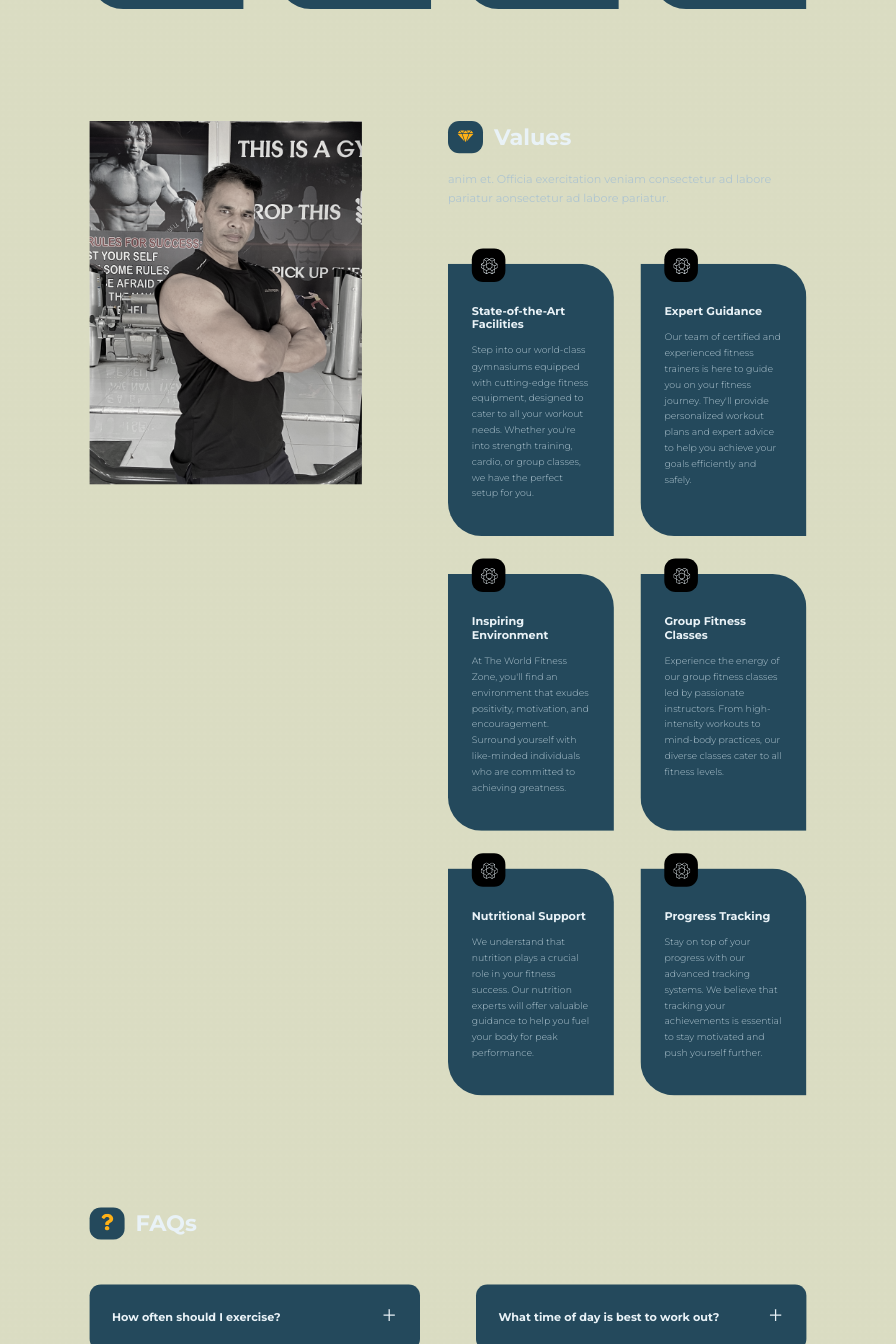
Repository: aryaMode/gym-portfolio
Page: /
The author's editor kept a copy of each file at every save. The page is drawn from the files as they stood at one save, then again after the next save.
The browser window is 1280 px wide. The pictures show the part of the page from y = 1497 to 3417 px (the page is 4873 px tall before and 4900 px after), at 70% of full size.
The project was rebuilt for these pictures with package versions that can differ from the ones it lists, and the page was loaded fresh each time. Also part of the build but not shown: src/pages/about/about.css, src/components/Header.jsx, src/pages/about/About.jsx, src/pages/contact/contact.css, src/pages/contact/Contact.jsx, src/pages/gallery/gallery.css, src/pages/gallery/Gallery.jsx, src/pages/notFound/notFound.css and 6 more.

Above is the page before, as saved 2023-07-20 17:46:25.

### public/index.html
<!DOCTYPE html>
<html lang="en">

<head>
    <meta charset="UTF-8">
    <meta http-equiv="X-UA-Compatible" content="IE=edge">
    <meta name="viewport" content="width=device-width, initial-scale=1.0">
    <title>Portfolio Website</title>
    <!-- GOOGLE FONTS (montserrat) -->
    <link href="https://fonts.googleapis.com/css2?family=Montserrat:wght@300;400;500;600;700&display=swap"
        rel="stylesheet">
</head>

<body>
    <div id="root"></div>
</body>

</html>

### src/App.jsx
// rafce -> shortcut to create component and export
import { BrowserRouter, Routes, Route } from "react-router-dom";
import React from "react";
import Home from "./pages/home/Home";
import About from "./pages/about/About";
import Contact from "./pages/contact/Contact";
import Gallery from "./pages/gallery/Gallery";
import NotFound from "./pages/notFound/NotFound";
import Plans from "./pages/plans/Plans";
import Trainers from "./pages/trainers/Trainers";
import Navbar from "./components/Navbar";
import Footer from "./components/Footer";

const App = () => {
	return (
		<BrowserRouter>
			<Navbar />
			<Routes>
				<Route index element={<Home />} />
				<Route path="about" element={<About />} />
				<Route path="contact" element={<Contact />} />
				<Route path="gallery" element={<Gallery />} />
				<Route path="plans" element={<Plans />} />
				<Route path="trainers" element={<Trainers />} />
				<Route path="*" element={<NotFound />} />
			</Routes>
			<Footer />
		</BrowserRouter>
	);
};

export default App;

### src/index.css
 *, *::before, *::after{
    margin: 0;
    padding: 0;
    border: 0;
    outline: 0;
    list-style: none;
    text-decoration: none;
    box-sizing: border-box;
 }

 /* CSS Global variable starts with :root {...} check w3school docs for more  info */
 :root{
    --primary-hue: 210;
    --gray-hue: 200;
    /* hsl (hue, saturation, lightness) */
    --color-primary: black;
    --color-primary-variant: hsl(var(--primary-hue), 100%, 65%);
    --color-secondary: #ffb116;
    --color-gray-100: hsl(var(--gray-hue), 47%, 94%); /*almost white colour lightness is almost 100%*/
    --color-gray-200: hsl(var(--gray-hue), 26%, 75%);
    --color-gray-300: hsl(var(--gray-hue), 24%, 64%);
    --color-gray-400: hsl(var(--gray-hue), 16%, 41%);
    --color-gray-500: hsl(var(--gray-hue), 44%, 25%);
    --color-gray-600: hsl(var(--gray-hue), 48%, 15%);

    --container-width-lg: 80%;
    --container-width-md: 90%;

    --transition: all 500ms ease; /* make sure all transition have a constant effect*/
 }

  /******************** GENERAL STYLES ********************/
  body{
    font-family: "Montserrat", sans-serif;
    color: var(--color-gray-200);
    line-height: 1.7;
    overflow-x: hidden;
    background: rgb(218, 220, 194) url(./images/bg_texture.png);
  }

  .container{
    width: var(--container-width-lg);
    max-width: 1920px;
    margin-inline: auto;
  }

  h1, h2, h3, h4, h5 {
    line-height: 1.2;
    color: var(--color-gray-100);
  }

  h1 {
    font-size: 3rem;
  }

  h2 {
    font-size: 2rem ;
  }

  a {
    color: var(--color-gray-100);
  }

  img{
    display: block;
    object-fit: cover;
    width: 100%;
}

.btn {
    color: var(--color-gray-100);
    width: fit-content;
    margin: 0 auto;
    padding: 0.9rem 2rem;
    background: var(--color-primary);
    border-radius: 1.5rem;
    transition: var(--transition);
}

.btn:hover {
    background: var(--color-secondary);
    color: var(--color-gray-600);
}

.btn.lg {
    padding: 1.2rem 3rem;
    border-radius: 2rem;
    font-size: 1.1rem;
}

.btn.sm {
    padding: 0.4rem 1.2rem;
    font-size: 0.9rem;
}

.btn.sm:hover {
    background: var(--color-gray-100);
}

/******************** SECTION REUSABLE STYLES ********************/
section {
    margin-top: 10rem;
}

.section__head {
    display: flex;
    align-items: center;
    gap: 1rem;
}

.section__head span {
    background: var(--color-gray-500);
    padding: 0.3rem 0.8rem 0;
    border-radius: 1rem;
    color: var(--color-secondary);
    font-size: 1.5rem;
}

.card {
    background: var(--color-gray-500);
    border: 2px solid transparent;
    text-align: center;
    padding: 3rem 2rem;
    border-radius: 0 3rem 0 3rem;
    transition: var(--transition);
}

.card:hover {
    background: transparent;
    border-color: var(--color-gray-400);
    cursor: default;
}

.card span {
    width: 3rem;
    height: 3rem;
    background: var(--color-primary);
    color: var(--color-gray-100);
    font-size: 1.5rem;
    padding: 0.8rem;
    display: grid;
    place-items: center;
    margin-bottom: 1.5rem;
    margin-inline: auto;
    border-radius: 1rem;
    transition: var(--transition);
}

.card:hover span {
    background: var(--color-secondary);
    color: var(--color-gray-500)
}

.card small {
    margin-top: 1rem;
    display: block;
    font-weight: 300;
}

.header {
    margin-top: 5rem;
    height: 20rem;
    overflow: hidden;
    border-bottom: 2px solid var(--color-gray-400);
}

.header__container {
    width: 100%;
    height: 100%;
    position: relative;
    display: grid;
    place-items: center;
    background: #0000;
}

.header__container-lg {
    position: absolute;
    width: 100%;
}

.header__container-lg img {
    opacity: 0.5;
}

.header__content {
    position: relative;
    width: 44%;
    margin: 0 auto;
    text-align: center;
    color: var(--color-gray-100);
}

.header__content h2 {
    margin-bottom: 1rem;
}

.header__content p {
    color: rgba(255, 255, 255, 0.7, green, blue, alpha);
}






/******************** MEADIA QUERIES (medium screens) ********************/
@media screen and (max-width: 1024px) {
    .container {
        width: var(--container-width-md);
    }

    h1 {
        font-size: 2rem;
    }

    h2 {
        font-size: 1.6rem;
    }

    .header__content {
        width: 76%;
    }
}

/******************** MEADIA QUERIES (small screens) ********************/
@media screen and (max-width: 600px) {
    h1 {
        font-size: 2.2rem;
        line-height: 1.3;
    }

    section {
        margin-top: 7rem;
    }

    .header {
        height: fit-content;
    }

    .header__content {
        width: var(--container-width-md);
        padding: 3rem 0;
    }

    .header__content p {
        font-size: 0.85rem;
    }
}

### src/pages/home/Home.jsx
import React from "react";
import "./home.css";
import MainHeader from "../../components/MainHeader";
import Program from "../../components/Program";
import Values from "../../components/Values";
import FAQs from "../../components/FAQs";
import Testimonial from "../../components/Testimonial";
// import Footer from "../../components/Footer";

const Home = () => {
	return (
		<>
			<MainHeader />
			<Program />
			<Values />
			<FAQs />
			<Testimonial />
			{/* <Footer /> comment this out so footer wount be double */}
		</>
	);
};

export default Home;

### src/components/Navbar.jsx
import { useState } from "react";
import {logoName} from "../data";
import { Link, NavLink } from "react-router-dom";
// NavLink comes with an isactive prop which we can use to detect which page we on
// so we can have a special style for that link
import React from "react";
import Logo from "../images/logo.png";
import { links } from "../data";
import { GoThreeBars } from "react-icons/go";
import { MdOutlineClose } from "react-icons/md";
import "./navbar.css";

const Navbar = () => {
	const [isNavShowing, setIsNavShowing] = useState(false);

	const handleNavToggle = () => {
		return setIsNavShowing((prevVAlue) => {
			return !prevVAlue;
		});
	};

	return (
		<nav>
			<div className="container nav__container">
				<Link to="/" className="logo" onClick={handleNavToggle}>
					{/* <img src={Logo} alt="Nav-logo" /> */}
					<div>{logoName}</div>
				</Link>
				<ul
					className={`nav__links ${isNavShowing ? "show__nav" : "hide__nav"}`}
				>
					{/* Destructure the links array of object from the links to get each item */}
					{links.map(({ name, path }, index) => {
						return (
							<li key={index}>
								<NavLink
									to={path}
									className={({ isActive }) => (isActive ? "active-nav" : "")}
									onClick={handleNavToggle}
								>
									{name}
								</NavLink>
							</li>
						);
					})}
				</ul>
				<button onClick={handleNavToggle} className="nav__toggle-btn">
					{isNavShowing ? <MdOutlineClose /> : <GoThreeBars />}
				</button>
			</div>
		</nav>
	);
};

export default Navbar;

// export PATH=$PATH:/home/daveworld/bin

### src/components/Footer.jsx
import React from "react";
import { Link } from "react-router-dom";
import {logoName} from "../data";
import Logo from "../images/logo.png";
import { FaYoutube } from "react-icons/fa";
import { FaFacebookF } from "react-icons/fa";
import { AiOutlineTwitter } from "react-icons/ai";
import { AiFillInstagram } from "react-icons/ai";

const Footer = () => {
	return (
		<footer>
			<div className="container footer__container">
				<article>
					<Link to="/" className="logo">
						{/* <img src={Logo} alt="Footer Logo" /> */}
					{logoName}
					</Link>
					<p>
						Consectetur non nostrud enim nostrud est culpa ullamco incididunt
						nisi. Consectetur non nostrud enim nostrud est culpa ullamco
						incididunt nisi.
					</p>
					<div className="footer__socials">
						<a
							href="https://youtube.com/@Thesandeep325"
							target="_blank"
							rel="noreferrer noopener"
						>
							<FaYoutube />
						</a>
						<a
							href="https://www.facebook.com/profile.php?id=100000823973714&mibextid=LQQJ4d"
							target="_blank"
							rel="noreferrer noopener"
						>
							<FaFacebookF />
						</a>

						<a
							href="https://instagram.com/the_world_fitness_zone_?igshid=MzRlODBiNWFlZA=="
							target="_blank"
							rel="noreferrer noopener"
						>
							<AiFillInstagram />
						</a>
					</div>
				</article>
				<article>
					<h4>Permalinks</h4>
					<Link to="/about">About</Link>
					<Link to="/plans">Plans</Link>
					<Link to="/trainers">Trainers</Link>
					<Link to="/gallery">Gallery</Link>
					<Link to="/contact">Contact</Link>
				</article>
				<article>
					<h4>Insights</h4>
					<Link to="/s">Blog</Link>
					<Link to="/s">Case Studies</Link>
					<Link to="/s">Events</Link>
					<Link to="/s">Communities</Link>
					<Link to="/constact">FAQs</Link>
				</article>
				<article>
					<h4>Get In Touch</h4>
					<Link to="/contact">Plans</Link>
					<Link to="/s">Trainers</Link>
				</article>
			</div>
			<br />
			<br />
			<br />
			<br />
		</footer>
	);
};

export default Footer;

### src/components/MainHeader.jsx
import React from "react";
import { Link } from "react-router-dom";
import Image from "../images/main_header.png";

const MainHeader = () => {
	return (
		<header className="main__header">
			<div className="container main__header-container">
				<div className="main__header-left">
					<h4>Welcome to The World Fitness Zone, Karnal!</h4>
					<h1>Unleash Your Potential with The World Fitness Zone

</h1>
					<p>
					Are you ready to take your fitness journey to the next level? Look no further than The World Fitness Zone - Karnal's premier fitness destination. We are not just a gym; we are a community of fitness enthusiasts who believe in the power of transformation and the pursuit of a healthier, fitter lifestyle.
					</p>
					<Link to="/contact" className="btn lg">
						Get Started
					</Link>
				</div>
				<div className="main__header-right">
					<div className="main__header-circle"></div>
					<div className="main__header-image">
						<img src={Image} alt="MainHeaderImage" />
					</div>
				</div>
			</div>
		</header>
	);
};

export default MainHeader;

### src/components/Program.jsx
import React from "react";
import { FaCrown } from "react-icons/fa";
import SectionHead from "./SectionHead";
import { programs } from "../data";
import Card from "../UI/Card";
import { Link } from "react-router-dom";
import { AiFillCaretRight } from "react-icons/ai";

const Program = () => {
	return (
		<section className="programs">
			<div className="container programs container">
				<SectionHead icon={<FaCrown />} title="Programs" />

				<div className="program__wrapper">
					{programs.map(({ id, icon, title, info, path }) => {
						return (
							<Card className="programs__program" key={id}>
								<span>{icon}</span>
								<h4>{title}</h4>
								<small>{info}</small>
								<Link to={path} className="btn sm">
									Contact Us <AiFillCaretRight />
								</Link>
							</Card>
						);
					})}
				</div>
			</div>
		</section>
	);
};

export default Program;

### src/components/Values.jsx
import React from "react";
import Image from "../images/values.jpg";
import SectionHead from "./SectionHead";
import { GiCutDiamond } from "react-icons/gi";
import { values } from "../data";
import Card from "../UI/Card";

const Values = () => {
	return (
		<section className="values">
			<div className="container values__container">
				<div className="values__left">
					<div className="values__image">
						<img src={Image} alt="values Image" />
					</div>
				</div>
				<div className="values__right">
					<SectionHead icon={<GiCutDiamond />} title="Values" />
					<p>
						anim et. Officia exercitation veniam consectetur ad labore pariatur
						aonsectetur ad labore pariatur.
					</p>
					<div className="values__wrapper">
						{values.map(({ id, icon, title, desc }) => {
							return (
								<Card className="values__value" key={id}>
									<span>{icon}</span>
									<h4>{title}</h4>
									<small>{desc}</small>
								</Card>
							);
						})}
					</div>
				</div>
			</div>
		</section>
	);
};

export default Values;

### src/components/FAQs.jsx
import React from "react";
import { FaQuestion } from "react-icons/fa";
import { faqs } from "../data";
import FAQ from "./FAQ";
import SectionHead from "./SectionHead";
const FAQs = () => {
	return (
		<section className="faqs">
			<div className="container faqs__container">
				<SectionHead icon={<FaQuestion />} title="FAQs" />
				<div className="faqs__wrapper">
					{faqs.map(({ id, question, answer }) => {
						return <FAQ key={id} question={question} answer={answer} />;
					})}
				</div>
			</div>
		</section>
	);
};

export default FAQs;

### src/components/Testimonial.jsx
import React, { useState } from "react";
import SectionHead from "./SectionHead";
import { ImQuotesLeft } from "react-icons/im";
import Card from "../UI/Card";
import {
	IoIosArrowDropleftCircle,
	IoIosArrowDroprightCircle,
} from "react-icons/io";
import { testimonials } from "../data";

const Testimonial = () => {
	const [index, setIndex] = useState(0);
	const { name, quote, job, avatar } = testimonials[index];

	const handlePreviousTestimonial = () => {
		setIndex((prevValue) => {
			return prevValue - 1;
		});
		if (index <= 0) {
			setIndex(testimonials.length - 1);
		}
	};
	const handleAfterTestimonial = () => {
		setIndex((prevValue) => {
			return prevValue + 1;
		});
		if (index >= testimonials.length - 1) {
			setIndex(0);
		}
	};

	return (
		<section className="testimonials">
			<div className="container testimonial__container">
				<SectionHead
					icon={<ImQuotesLeft />}
					title="Testimonials"
					className="testimonials__head"
				/>
				<Card className="testimonial">
					<div className="testimonial__avatar">
						<img src={avatar} alt={name} />
					</div>
					<p className="testimonial__quote">{`"${quote}"`}</p>
					<h5>{name}</h5>
					<small className="testimonial__title">{job}</small>
				</Card>
				<div className="testimonial__btn-container">
					<button
						className="testimonials__btn"
						onClick={handlePreviousTestimonial}
					>
						<IoIosArrowDropleftCircle />
					</button>
					<button
						className="testimonials__btn"
						onClick={handleAfterTestimonial}
					>
						<IoIosArrowDroprightCircle />
					</button>
				</div>
			</div>
		</section>
	);
};

export default Testimonial;

### src/UI/Card.jsx
import React from "react";

const Card = ({ className, children }) => {
	return <article className={`card ${className}`}>{children}</article>;
};

export default Card;

### src/components/navbar.css
nav{
    height: 5rem;
    width: 100vw; /*100% of the window/browser*/
    background: var(--color-primary);
    display: grid;
    place-items: center;
    position: fixed; /*commnt this to see hiden layers*/
    top: 0;
    left: 0;
    z-index: 99; /* makes sure it sit on all items*/
}

/* Only show on medium and small screens */
.nav__toggle-btn {
    display: none;
}

.nav__container {
    height: 100%;

    display: flex;
    justify-content: space-between;
    align-items: center;
    position: relative;
}

.logo{
    width: 50vw;
    font-size: 1rem;
    font-weight: bold;
    margin-right: 50px;
    display: flex;
}

.nav__links{
    display: flex;
    gap: 3.5rem;
    align-items: center;
}

.nav__links a {
    transition: var(--transition);
}

.nav__links a:hover {
    color: var(--color-secondary);
}

.active-nav {
    position: relative;
}

.active-nav::after{
    content: "";
    display: block;
    width: 1.2rem;
    height: 1.2rem;
    background-color: var(--color-primary);
    position: absolute;
    left: calc(50% - 0.6rem);
    transform: rotate(45deg);
    margin-top: 0.9rem;
}

 /******************** MEDIA QUERIES (mesium and small screens) ********************/
 @media screen and (max-width: 1024px) {
    .nav__toggle-btn {
        display: inline-block;
        background: transparent;
        font-size: 1.8rem;
        cursor: pointer;
    }

    .nav__toggle-btn svg{
        color: var(--color-gray-100);
    }

    .nav__links {
        position: absolute;
        top: 100%;
        right: 0;
        flex-direction: column;
        gap: 0;
        perspective: 400px;
    }

    .active-nav {
        display: none;
    }

    .active-nav, .active-nav::after{
        display: none;
    }

    .nav__links li {
        height: 4rem;
        width: 100%;
        box-shadow: -2rem 2rem 5rem rgba(0, 0, 0, 0.5);
        animation: navAnimation 600ms ease forwards;
        transform: rotateX(90deg);
        opacity: 0;
        transform-origin: top;
    }

    .nav__links li:nth-child(2) {
        animation-delay: 200ms;
    }
    .nav__links li:nth-child(3) {
        animation-delay: 400ms;
    }
    .nav__links li:nth-child(4) {
        animation-delay: 600ms;
    }
    .nav__links li:nth-child(5) {
        animation-delay: 800ms;
    }
    .nav__links li:nth-child(6) {
        animation-delay: 1s;
    }
    .nav__links li:nth-child(7) {
        animation-delay: 1.2s;
    }

    @keyframes navAnimation {
        to {
            transform: rotateX(0);
            opacity: 1;
        }
    }

    .nav__links li a {
        background-color: var(--color-primary);
        height: 100%;
        width: 100%;
        display: flex;
        align-items: center;
        padding: 1rem 5rem 1rem 3rem;
    }

    .show__nav {
        display: flex;
    }

    .hide__nav {
        display: none;
    }

 }

### src/components/SectionHead.jsx
import React from "react";

// A reuseable component for each section name
const SectionHead = ({ icon, title, className }) => {
	return (
		<div className={`section__head ${className}`}>
			<span>{icon}</span>
			<h2>{title}</h2>
		</div>
	);
};

export default SectionHead;

### src/components/FAQ.jsx
import React, { useState } from "react";
import { AiOutlinePlus } from "react-icons/ai";
import { AiOutlineMinus } from "react-icons/ai";

const FAQ = ({ question, answer }) => {
	const [isAnswerShowing, setIsAnswerShowing] = useState(false);

	const handleFAQ = () => {
		return setIsAnswerShowing((prevValue) => {
			return !prevValue;
		});
	};

	return (
		<article className="faq" onClick={handleFAQ}>
			<div>
				<h4>{question}</h4>
				<button className="faq__icon">
					{isAnswerShowing ? <AiOutlineMinus /> : <AiOutlinePlus />}
				</button>
			</div>
			{isAnswerShowing && <p>{answer}</p>}
		</article>
	);
};

export default FAQ;

Loaded but not shown: src/index.js (common file); src/data.js (331 lines, source omitted); src/pages/home/home.css (412 lines, source omitted)

After the next save:
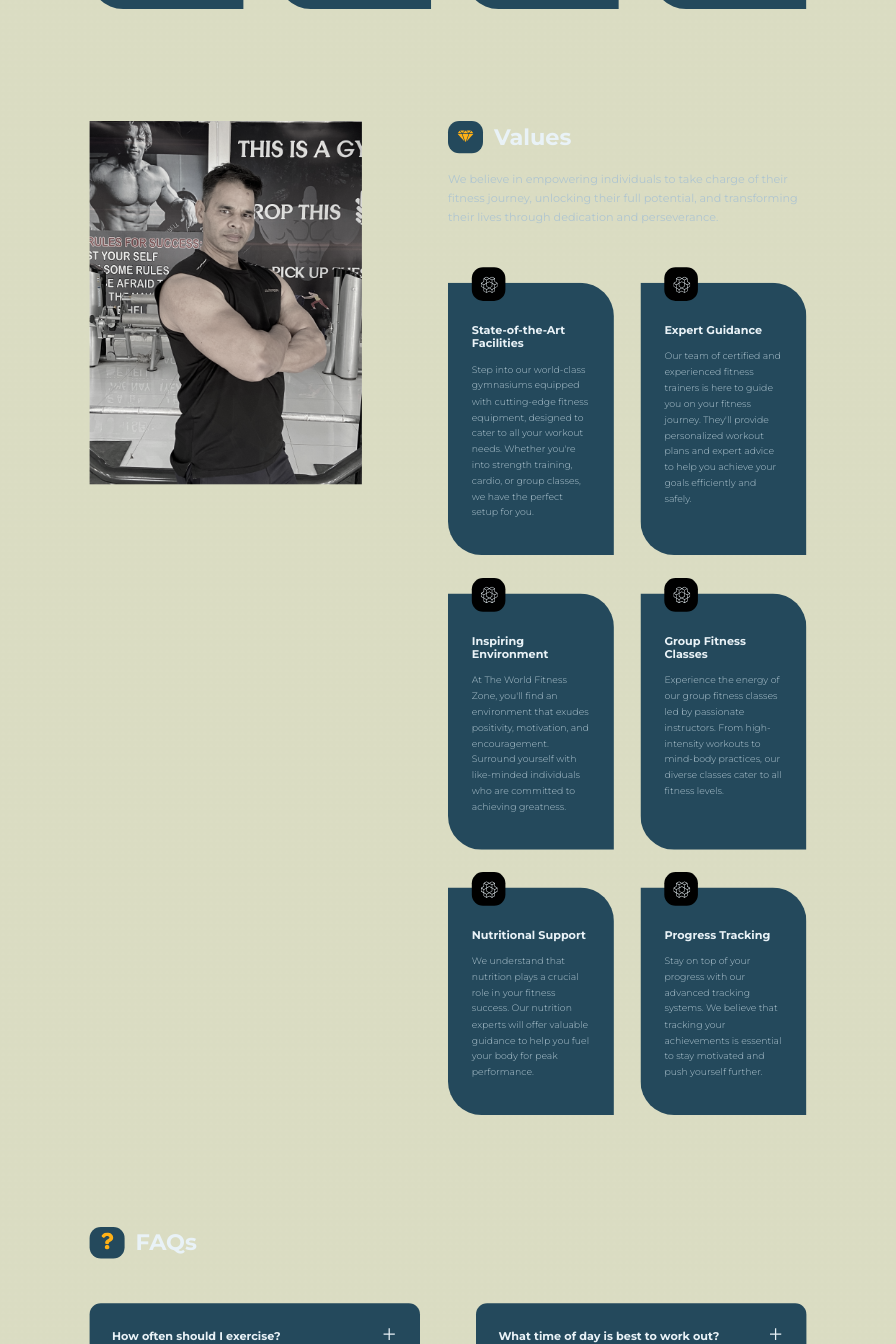
Saved 11 min 24 s later.
--- a/src/components/Values.jsx
+++ b/src/components/Values.jsx
@@ -17,8 +17,7 @@ const Values = () => {
 				<div className="values__right">
 					<SectionHead icon={<GiCutDiamond />} title="Values" />
 					<p>
-						anim et. Officia exercitation veniam consectetur ad labore pariatur
-						aonsectetur ad labore pariatur.
+					We believe in empowering individuals to take charge of their fitness journey, unlocking their full potential, and transforming their lives through dedication and perseverance.
 					</p>
 					<div className="values__wrapper">
 						{values.map(({ id, icon, title, desc }) => {
